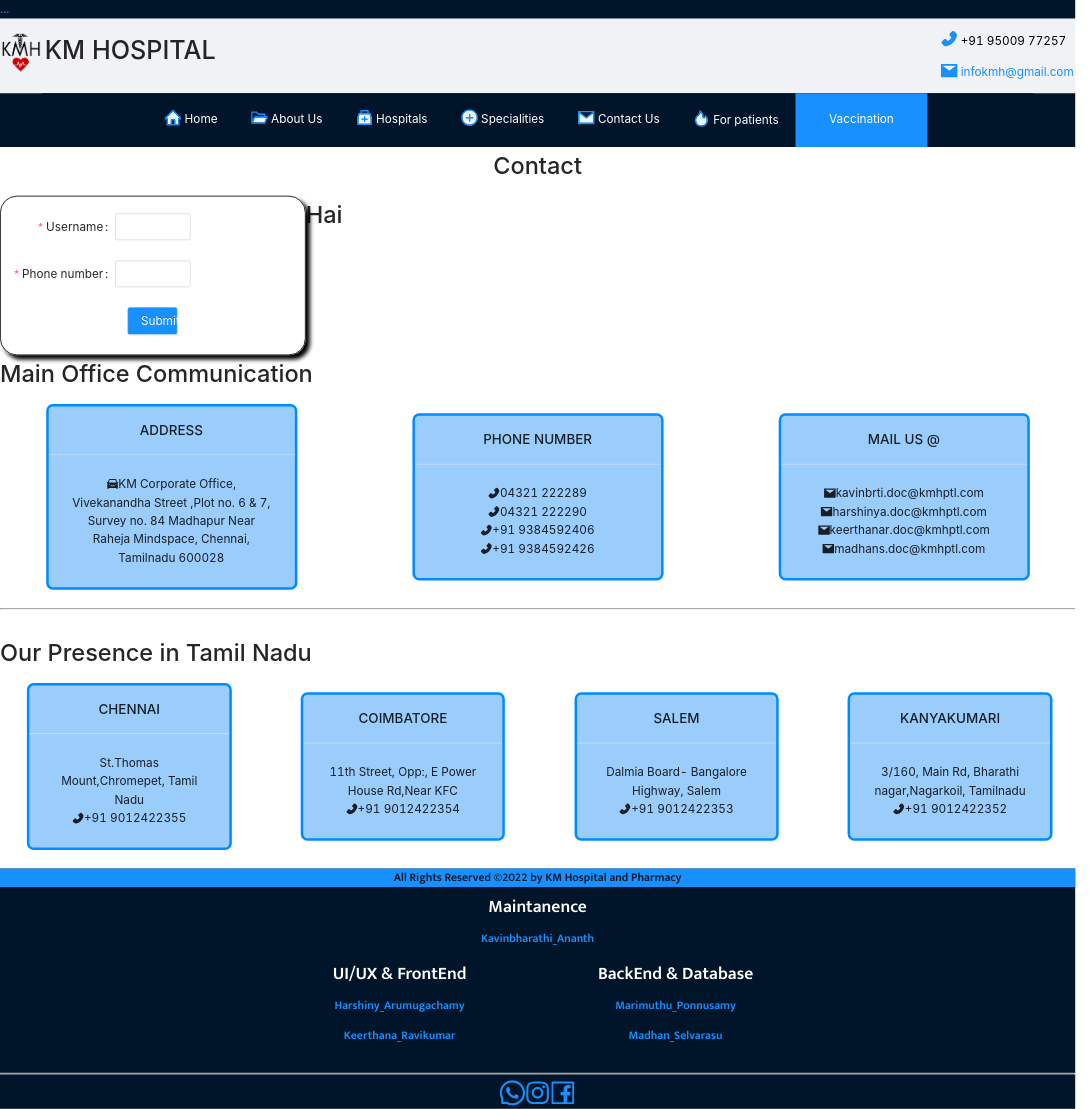
Repository: marimuthu1001/KHM-hospital
Page: /contactus (app in km-hospital/)
These files come from the project's save history. The page is drawn as it stood at one moment and after the next save; the edit follows.
The browser window is 1280 px wide. The page is 1297 px wide, so the pictures cover 1297 px, including what lies to the right of the window. The pictures show the whole page, at 84% of full size.
The project was rebuilt for these pictures with package versions that can differ from the ones it lists, and the page was loaded fresh each time. Also part of the build but not shown: km-hospital/src/Pages/Feedback.jsx.

Above is the page before, as saved 2022-01-25 08:50:32.

### km-hospital/public/index.html
<!DOCTYPE html>
<html lang="en">
  <head>
    <meta charset="utf-8" />
    <link rel="icon" href="%PUBLIC_URL%/favicon.ico" />
    <meta name="viewport" content="width=device-width, initial-scale=1" />
    <meta name="theme-color" content="#000000" />
    <meta
      name="description"
      content="Web site created using create-react-app"
    />
    <link rel="apple-touch-icon" href="%PUBLIC_URL%/logo192.png" />
    <!--
      manifest.json provides metadata used when your web app is installed on a
      user's mobile device or desktop. See https://developers.google.com/web/fundamentals/web-app-manifest/
    -->
    <link rel="manifest" href="%PUBLIC_URL%/manifest.json" />
    <!--
      Notice the use of %PUBLIC_URL% in the tags above.
      It will be replaced with the URL of the `public` folder during the build.
      Only files inside the `public` folder can be referenced from the HTML.

      Unlike "/favicon.ico" or "favicon.ico", "%PUBLIC_URL%/favicon.ico" will
      work correctly both with client-side routing and a non-root public URL.
      Learn how to configure a non-root public URL by running `npm run build`.
    -->
    <title>KM HOSPITAL | HOME</title>
  </head>
  <body>
    <noscript>You need to enable JavaScript to run this app.</noscript>
    <div id="root"></div>
    <!--
      This HTML file is a template.
      If you open it directly in the browser, you will see an empty page.

      You can add webfonts, meta tags, or analytics to this file.
      The build step will place the bundled scripts into the <body> tag.

      To begin the development, run `npm start` or `yarn start`.
      To create a production bundle, use `npm run build` or `yarn build`.
    -->
  </body>
</html>

### km-hospital/src/index.js
import React from 'react';
import ReactDOM from 'react-dom';
import 'antd/dist/antd.min.css'
import './index.css'
import App from './App';


ReactDOM.render(
  <React.StrictMode>
    <App />
  </React.StrictMode>,
  document.getElementById('root')
);

### km-hospital/src/index.css
@import '~antd/dist/antd.css';

.ant-menu:not(.ant-menu-horizontal) .ant-menu-item-selected {
	background: transparent;
}

.ant-menu{
    background: red;
    }

### km-hospital/src/App.js
import Nav from  './components/Nav'
import Footer from './components/Footer'
import ContactUs from './Pages/ContactUs'
import {BrowserRouter as Router, Route,Routes} from 'react-router-dom'

import Feedback from './Pages/Feedback'

function App() {
  return (
    <Router>
        <div className="App">
          <Nav/>
          <Routes>
            <Route exact path="/contactus" element={<ContactUs/>}/>
            <Route exact path="/feedback" element={<Feedback/>}/>
          </Routes>

          <Footer/>
        </div>
    </Router>

  );
}

export default App;

### km-hospital/src/components/Nav.jsx
import React from 'react'

import Styles from '../Styles/Nav.module.css'
import { Layout, Menu, Dropdown,Row,Col } from 'antd';
import { UserOutlined, LaptopOutlined, NotificationOutlined } from '@ant-design/icons';
import Logo from '../Images/Logo.png'

import {HomeTwoTone,
    FolderOpenTwoTone,
    MedicineBoxTwoTone,
    PlusCircleTwoTone,
    FireTwoTone ,
    MailTwoTone,
    PhoneFilled,
    MailFilled,

    } from '@ant-design/icons'

function Nav() {
  const menu = (
    <Menu>

            <Menu.Item key="1">Covid Dose</Menu.Item>
            <Menu.Item key="2">Covid Booster</Menu.Item>
            <Menu.Item key="3">Polio Vaccine</Menu.Item>
            <Menu.Item key="4">Chicken pox Vaccine</Menu.Item>
      </Menu>
  )
const patients = (
  <Menu>
          <Menu.Item key="1">Health Checkup Package</Menu.Item>
          <Menu.Item key="2">Medicines</Menu.Item>
          <Menu.Item key="3">Symptoms</Menu.Item>
          <Menu.Item key="4">Procedurs</Menu.Item>
          <Menu.Item key="5">BMI Calculator</Menu.Item>
    </Menu>

  )

  const { Header} = Layout;
    return (

      <Layout>
        <p className={Styles.line}>...</p>
        <div className={Styles.head} >
            <Row gutters={[16,16]}>
              <Col md={{span:2}} lg={{span:1}}>
              <div className="logo">
              <img src={Logo} alt="Logo" widht={50} height={50}/>
            </div>
              </Col>
              <Col md={{span:6}} lg={{span:4}}>
              <h1>KM HOSPITAL</h1>
              </Col>
              <Col md={{span:8}} lg={{span:16}}></Col>
              <Col md={{span:5}} lg={{span:3}}>
              <div className={Styles.contactHead}>
                <p style={{color:'black'}}><PhoneFilled  style= {{ fontSize: '20px',color: '#1890ff'  }} />&nbsp;+91 95009 77257</p>
                <p><a href="mailto:infokmh@gmail.com"><MailFilled style= {{ fontSize: '20px',color: '#1890ff'  }} />&nbsp;infokmh@gmail.com</a></p>
               </div>
              </Col>
            </Row>
        </div>



      <Header className="header">
      <div className="menubar">
        <Menu style={{
            position: 'relative',
            display: 'flex',
            justifyContent: 'center',

        }} theme="dark" mode="horizontal" defaultSelectedKeys={['1']}>
     <a href="/">
          <Menu.Item key="7"><HomeTwoTone style={{fontSize:20}}/>&nbsp;Home</Menu.Item>
     </a>
     <a href="">
          <Menu.Item key="2"><FolderOpenTwoTone style={{fontSize:20}}/>&nbsp;About Us</Menu.Item>
     </a>
     <a href="">
          <Menu.Item key="3"><MedicineBoxTwoTone style={{fontSize:20}}/>&nbsp;Hospitals</Menu.Item>
     </a>
     <a href="">
          <Menu.Item key="4"><PlusCircleTwoTone style={{fontSize:20}}/>&nbsp;Specialities</Menu.Item>
     </a>
     <a href="/contactus">
          <Menu.Item  key="6"> <MailTwoTone style={{fontSize:20}}/>&nbsp;Contact Us</Menu.Item>
     </a>
          <Dropdown  overlay={patients} placement="topCenter">
              <Menu.Item key="5"><FireTwoTone style={{fontSize:20}}/>&nbsp;For patients</Menu.Item>
          </Dropdown>

          <Menu.Item key="1">
          <Dropdown  overlay={menu} placement="topCenter">
                    <Menu.Item>Vaccination</Menu.Item>
          </Dropdown>
          </Menu.Item>


        </Menu>  </div>
      </Header>


        </Layout>


    )
}

export default Nav

### km-hospital/src/components/Footer.jsx
import React from 'react'
import Styles from '../Styles/Footer.module.css'
import { Row, Col } from 'antd';
import {WhatsAppOutlined,
    InstagramOutlined,
    FacebookOutlined} from '@ant-design/icons'
function Footer() {
    return (
        <div  >
            <div className={Styles.footer}>


                <div className={Styles.footerContent}>
                    <div sm={1}  md={6} lg={8}  className={Styles.footerTitle}>
                        <h4>All Rights Reserved &copy;2022 by KM Hospital and Pharmacy</h4>
                    </div>


                <div className={Styles.maintain}>
                    <h2>Maintanence</h2>
                    <p>Kavinbharathi_Ananth</p>
                </div>

                <Row className={Styles.design} gutter={[34, 18]}>
                <Col xs={24} md={6}/>
                    <Col xs={24} md={6}>
                        <div>
                            <h2 className={Styles.headDecoration}>UI/UX & FrontEnd</h2>
                            <div className={Styles.decoration}>
                                <p>Harshiny_Arumugachamy</p>
                                <p>Keerthana_Ravikumar</p>
                            </div>
                        </div>
                    </Col>
                    <Col xs={24} md={6}>
                        <div>
                        <h2 className={Styles.headDecoration}>BackEnd & Database</h2>
                            <div className={Styles.decoration}>
                                <p>Marimuthu_Ponnusamy</p>
                                <p>Madhan_Selvarasu</p>
                            </div>
                        </div>
                    </Col>
                    <Col xs={24} md={6}/>
                        <Col sm={{ span: 5, offset: 0 }} md={{ span: 5, offset: 0 }} lg={{ span: 6, offset:0  }}> </Col>
                </Row>


<hr/>


                <Row  className={Styles.social}>
                    <Col sm={{span:2}} md={{span:8}} lg={{span:8}}><WhatsAppOutlined style={{fontSize: '30px' }} /></Col>
                    <Col sm={{span:2}} md={{span:8}} lg={{span:8}}><InstagramOutlined style={{fontSize: '30px' }} /></Col>
                    <Col sm={{span:2}} md={{span:8}} lg={{span:8}}><FacebookOutlined style={{fontSize: '30px' }} /></Col>
                </Row>
            </div>
        </div>
        </div>
    )
}

export default Footer

### km-hospital/src/Pages/ContactUs.jsx
import React from 'react'
import Styles from '../Styles/ContactUs.module.css'
import { Card, Col, Row,Form, Input, Button  } from 'antd';
import {CarFilled ,PhoneFilled,MailFilled} from '@ant-design/icons'
function ContactUs() {
    const onFinish = (values) => {
        console.log('Success:', values);
      };

      const onFinishFailed = (errorInfo) => {
        console.log('Failed:', errorInfo);
      };

    return (
        <div>
            <div className={Styles.title}>
                <h1>Contact</h1>
            </div>


<Row>
        <Col>
        <Form className={Styles.form}
                    name="basic"
                    labelCol={{
                        span: 9,
                    }}
                    wrapperCol={{
                        span: 6,
                    }}
                    initialValues={{
                        remember: true,
                    }}
                    onFinish={onFinish}
                    onFinishFailed={onFinishFailed}
                    autoComplete="off"
                    >
                    <Form.Item
                        label="Username"
                        name="username"
                        rules={[
                        {
                            required: true,
                            message: 'Please input your username!',
                        },
                        ]}
                    >
                        <Input />
                    </Form.Item>

                    <Form.Item
                        label="Phone number"
                        name="mob_num"
                        rules={[
                        {
                            required: true,
                            message: 'Please input your Number!',
                        },
                        ]}
                    >
                        <Input />
                    </Form.Item>

                    <Form.Item
                        align="middle"
                        wrapperCol={{
                            span: 14, offset: 10
                        }}
                    >
                        <Button  className={Styles.btn} type="primary" htmlType="submit">
                        Submit
                        </Button>
                    </Form.Item>


                    </Form>



        </Col>
        <Col>
        <h1>Hai</h1>
        </Col>
</Row>



    <h1>Main Office Communication</h1>
            <div className={Styles.contact}>
                <div className="site-card-wrapper">
                    <Row justify="space-around" align="middle" gutter={28}>
                        {/* <Col sm={{span:2}} md={{span:5}}  lg={{span:4}}></Col> */}
                        <Col  sm={{span:1}} md={{span:5}}  lg={{span:6}} >
                            <Card className={Styles.card} title="ADDRESS" bordered={true} hoverable={true}>
                            <CarFilled />
                            KM Corporate Office,<br/>
Vivekanandha Street ,Plot no. 6 & 7, Survey no. 84 Madhapur Near Raheja Mindspace, Chennai, Tamilnadu 600028
                            </Card>
                        </Col>
                        <Col sm={{span:1}} md={{span:5}} lg={{span:6}} >
                            <Card className={Styles.card} title="PHONE NUMBER" bordered={true} hoverable={true}>
                            <PhoneFilled />04321 222289<br/>
                            <PhoneFilled />04321 222290<br/>
                            <PhoneFilled />+91 9384592406<br/>
                            <PhoneFilled />+91 9384592426<br/>
                            </Card>
                        </Col>
                        <Col sm={{span:1}} md={{span:5}} lg={{span:6}}>
                            <Card className={Styles.card} title="MAIL US @" bordered={true} hoverable={true}>
                            <MailFilled />kavinbrti.doc@kmhptl.com<br/>
                            <MailFilled />harshinya.doc@kmhptl.com<br/>
                            <MailFilled />keerthanar.doc@kmhptl.com<br/>
                            <MailFilled />madhans.doc@kmhptl.com<br/>
                            </Card>
                        </Col>
                        {/* <Col sm={{span:3}} md={{span:5}}  lg={{span:4}}></Col> */}
                    </Row>
                   <br/> <hr/><br/>
                </div>
            </div>


            <h1>Our Presence in Tamil Nadu</h1>
            <div className="site-card-wrapper">
                    <Row className={Styles.locations} justify="space-around" align="middle" gutter={28}>
                        {/* <Col sm={{span:2}} md={{span:5}}  lg={{span:4}}></Col> */}
                        <Col  sm={{span:1}} md={{span:5}}  lg={{span:5}} >
                            <Card className={Styles.card} title="CHENNAI" bordered={true} hoverable={true}>
                            St.Thomas Mount,Chromepet, Tamil Nadu <br/> <PhoneFilled />+91 9012422355
                            </Card>
                        </Col>
                        <Col sm={{span:1}} md={{span:5}} lg={{span:5}} >
                            <Card  className={Styles.card} title="COIMBATORE" bordered={true} hoverable={true}>
                           11th Street, Opp:, E Power House Rd,Near KFC <br/> <PhoneFilled />+91 9012422354
                            </Card>
                        </Col>
                        <Col sm={{span:1}} md={{span:5}} lg={{span:5}}>
                            <Card className={Styles.card} title="SALEM" bordered={true} hoverable={true}>
                           Dalmia Board- Bangalore Highway, Salem  <br/> <PhoneFilled />+91 9012422353
                            </Card>
                        </Col>
                        <Col sm={{span:1}} md={{span:5}} lg={{span:5}}>
                            <Card className={Styles.card} title="KANYAKUMARI" bordered={true} hoverable={true}>
                             3/160, Main Rd, Bharathi nagar,Nagarkoil, Tamilnadu  <br/> <PhoneFilled />+91 9012422352
                            </Card>
                        </Col>
                        {/* <Col sm={{span:3}} md={{span:5}}  lg={{span:4}}></Col> */}
                    </Row>
              <br/>
                </div>
        </div>
    )
}

export default ContactUs

### km-hospital/src/Styles/Nav.module.css
*{
    margin-top:0px;
}
.line{
    background-color:#001529;
    color:#1890ff;
}
.head h1{
    font-size: 30px;
}
.menubar .Menu.item{
    margin-left:20%;
}
a{
    text-decoration: none;
}
a:hover{
    background-color:#1890ff;
}

### km-hospital/src/Styles/Footer.module.css
@import url('https://fonts.googleapis.com/css2?family=Mukta:wght@600&display=swap');
.footer{
    background-color:#001529;
    font-family: 'Mukta', sans-serif;
    color:#1890ff;
    position:relative;
    text-align:center
}
.footer h2{
    color:#ffffff
}
.footer .footerTitle{
    color:rgb(255, 255, 255);
    background-color:#1890ff
}
.footer .social{
    text-align:center;
    display:inline-flex;
}
.social li{
    list-style-type: none;
}
.decoration{
    list-style-type:none;
    text-align:center
}
.headDecoration{
    text-align:center
}

### km-hospital/src/Styles/ContactUs.module.css
.title{
    text-align:center;
}
.card{
    border:3px solid #008cff;
    border-radius:8px;
    text-align: center;
    background-color:#9bcdfc;
}
.card:hover{
    border:3px solid #1890ff;
    box-shadow: 8px 8px 8px #9bcdfc ;
}
.locations{

    padding-left:5px;
}
.btn{
    width:28%;
}
.form{
    border-radius:20px;
    border:1px solid #000;
    box-shadow:5px 5px 5px rgb(0, 0, 0);
    padding-top:20px;
}

After the next save:
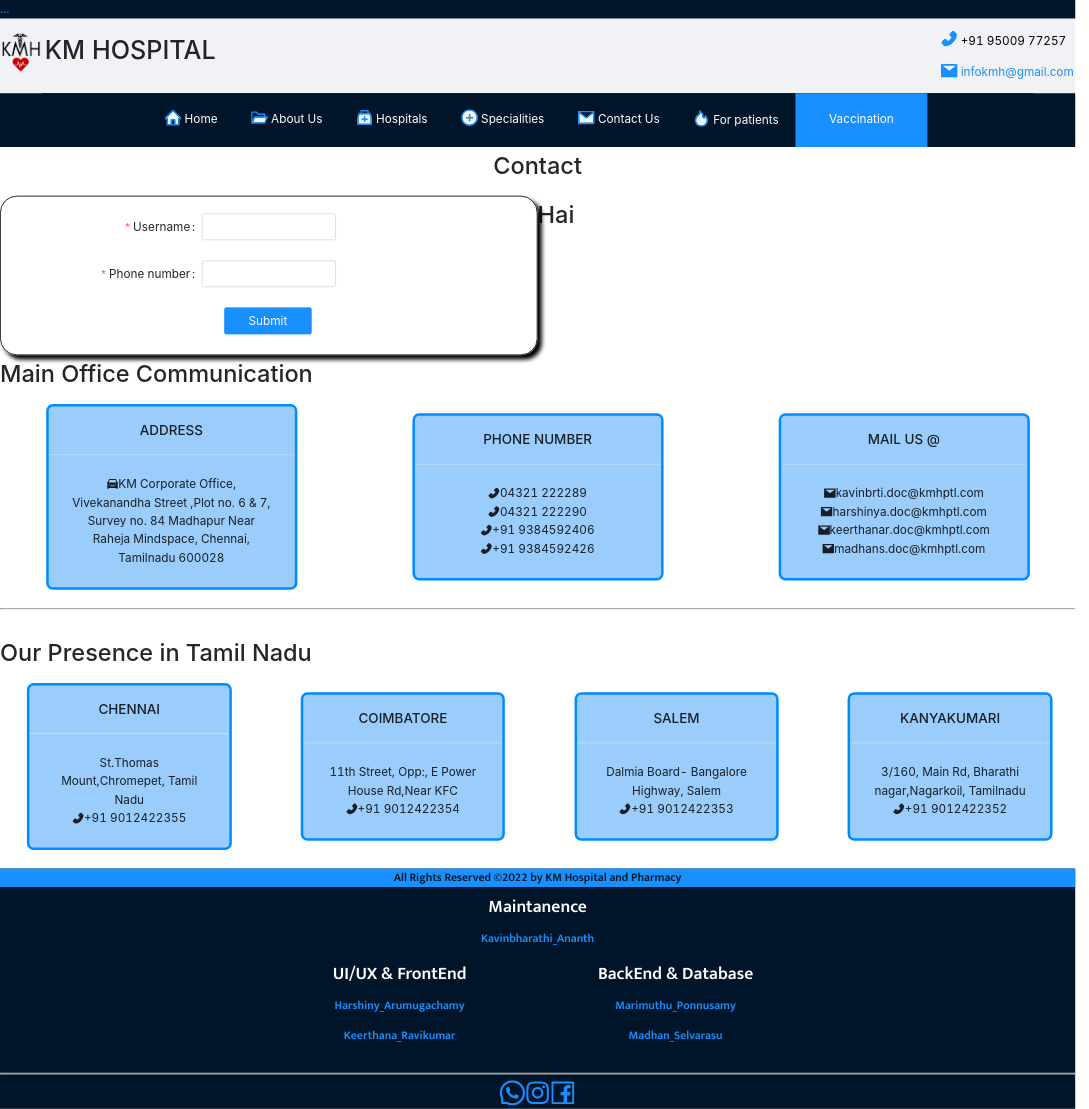
Saved 15 s later.
--- a/km-hospital/src/Pages/ContactUs.jsx
+++ b/km-hospital/src/Pages/ContactUs.jsx
@@ -19,7 +19,7 @@ function ContactUs() {
 
 
 <Row>
-        <Col>
+        <Col span={12}>
         <Form className={Styles.form}
                     name="basic"
                     labelCol={{
